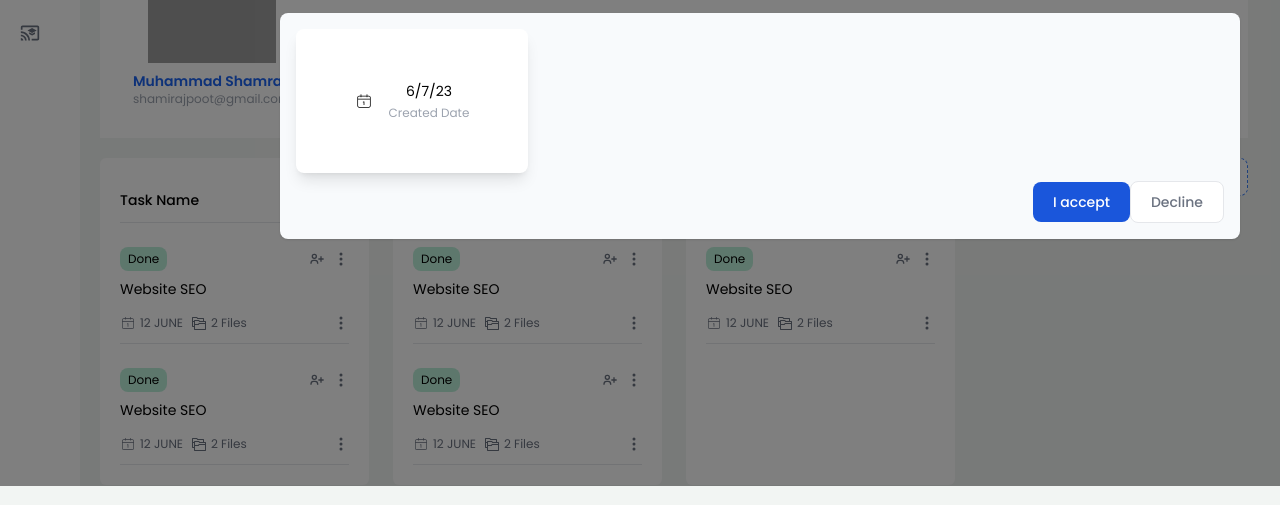
Repository: Shamraiz761/Frontend-Assessment
Page: /, after clicking the first element matching `button.bg-white`
These files come from the project's save history. The page is drawn as it stood at one moment and after the next save; the edit follows.
The browser window is 1280 px wide. The pictures show the part of the page from y = 234 to 739 px (the page is 739 px tall).
Pictures or frames that could not be fetched are drawn as grey boxes. The project was rebuilt for these pictures with package versions that can differ from the ones it lists, and the page was loaded fresh each time. Also part of the build but not shown: vite.config.js. Imported but missing from the stored project, and not drawn on this page: src/pages/auth/login.

Above is the page before, as saved 2023-06-09 13:41:59.

After the next save:
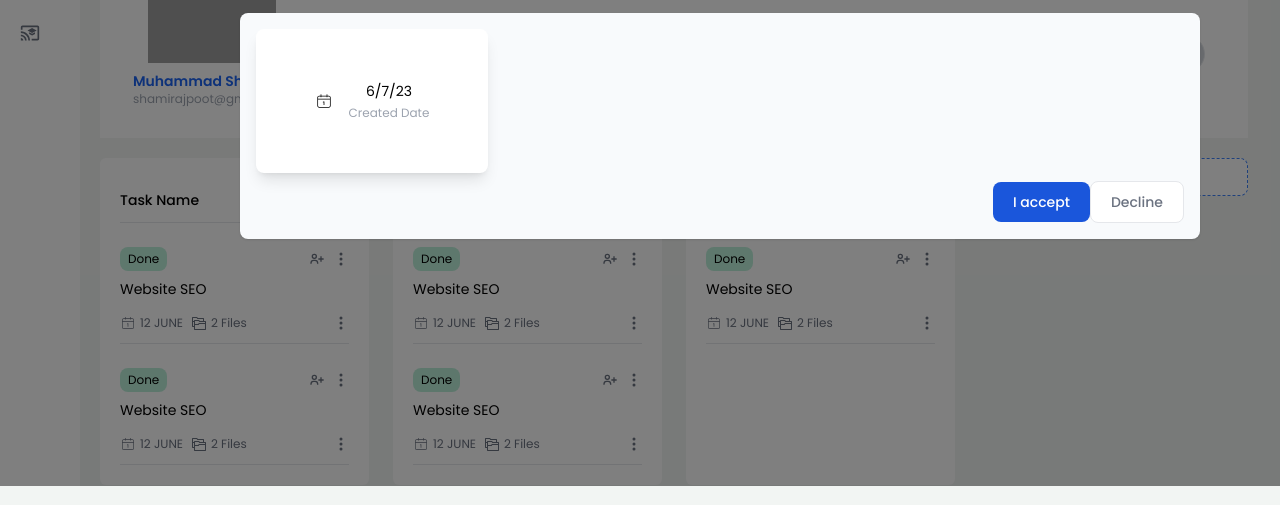
Saved 17 s later.
--- a/src/pages/Dashboard/index.jsx
+++ b/src/pages/Dashboard/index.jsx
@@ -64,7 +64,7 @@ function Home() {
           {isModalOpen && (
             <div className="fixed  top-0 left-0 right-0 bottom-0 z-50   bg-opacity-50 bg-black">
               <div className="  min-h-screen flex items-center justify-center ">
-                <div className="absolute w-9/12 ml-60 bg-slate-50 rounded-lg shadow p-4">
+                <div className="absolute w-9/12 ml-40 bg-slate-50 rounded-lg shadow p-4">
                   <div className="grid grid-cols-4">
                     <div className="col-span-3">
                       <div className="grid grid-cols-1 md:grid-cols-2 lg:grid-cols-3 flex-wrap">
